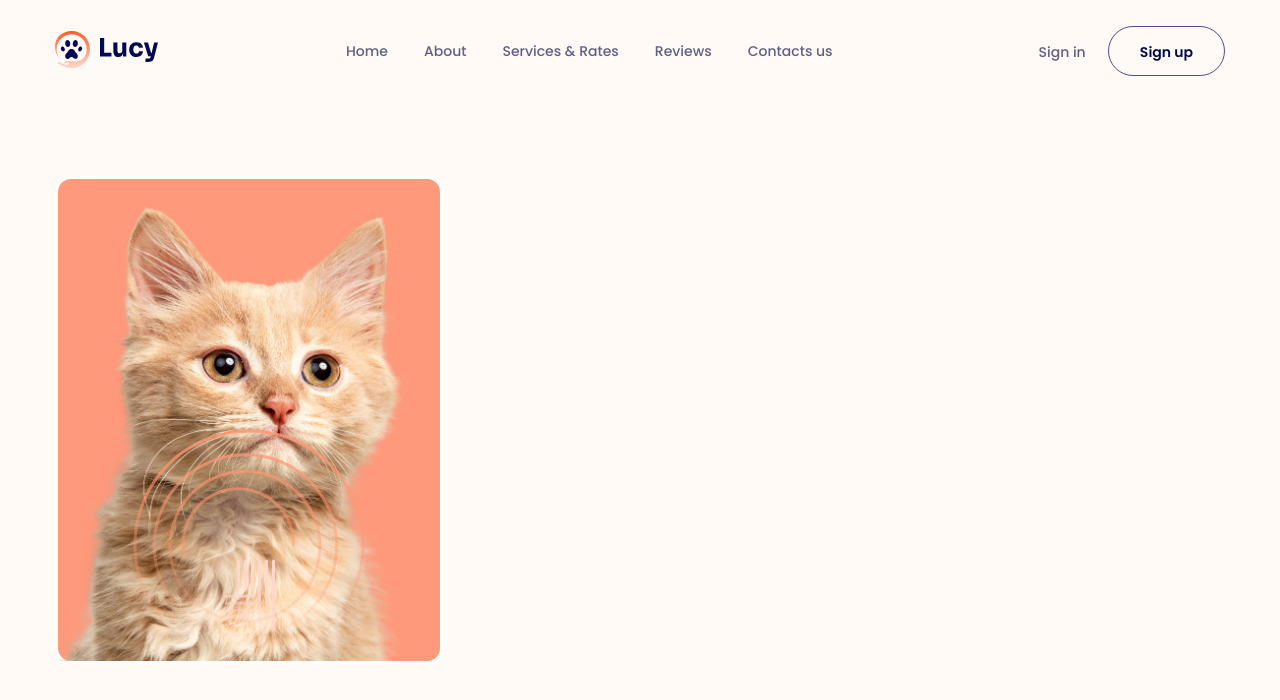
Repository: empty24062002/f8-project-05
Page: index.html
These files come from the project's save history. The page is drawn as it stood at one moment and after the next save; the edit follows.
The browser window is 1280 px wide. The pictures show the whole page.

Above is the page before, as saved 2023-09-09 17:26:29.

### index.html
<!DOCTYPE html>
<html lang="en">
    <head>
        <meta charset="UTF-8" />
        <meta name="viewport" content="width=device-width, initial-scale=1.0" />
        <title>Lucy</title>
        <!-- favicon -->
        <link
            rel="apple-touch-icon"
            sizes="57x57"
            href="./assets/favicon/apple-icon-57x57.png"
        />
        <link
            rel="apple-touch-icon"
            sizes="60x60"
            href="./assets/favicon/apple-icon-60x60.png"
        />
        <link
            rel="apple-touch-icon"
            sizes="72x72"
            href="./assets/favicon/apple-icon-72x72.png"
        />
        <link
            rel="apple-touch-icon"
            sizes="76x76"
            href="./assets/favicon/apple-icon-76x76.png"
        />
        <link
            rel="apple-touch-icon"
            sizes="114x114"
            href="./assets/favicon/apple-icon-114x114.png"
        />
        <link
            rel="apple-touch-icon"
            sizes="120x120"
            href="./assets/favicon/apple-icon-120x120.png"
        />
        <link
            rel="apple-touch-icon"
            sizes="144x144"
            href="./assets/favicon/apple-icon-144x144.png"
        />
        <link
            rel="apple-touch-icon"
            sizes="152x152"
            href="./assets/favicon/apple-icon-152x152.png"
        />
        <link
            rel="apple-touch-icon"
            sizes="180x180"
            href="./assets/favicon/apple-icon-180x180.png"
        />
        <link
            rel="icon"
            type="image/png"
            sizes="192x192"
            href="./assets/favicon/android-icon-192x192.png"
        />
        <link
            rel="icon"
            type="image/png"
            sizes="32x32"
            href="./assets/favicon/favicon-32x32.png"
        />
        <link
            rel="icon"
            type="image/png"
            sizes="96x96"
            href="./assets/favicon/favicon-96x96.png"
        />
        <link
            rel="icon"
            type="image/png"
            sizes="16x16"
            href="./assets/favicon/favicon-16x16.png"
        />
        <link rel="manifest" href="./assets/favicon/manifest.json" />
        <meta name="msapplication-TileColor" content="#ffffff" />
        <meta
            name="msapplication-TileImage"
            content="./assets/favicon/ms-icon-144x144.png"
        />
        <meta name="theme-color" content="#ffffff" />
        <!-- reset CSS -->
        <link rel="stylesheet" href="./assets/css/reset.css" />
        <!-- embed font -->
        <link rel="preconnect" href="https://fonts.googleapis.com" />
        <link rel="preconnect" href="https://fonts.gstatic.com" crossorigin />
        <link
            href="https://fonts.googleapis.com/css2?family=Poppins:wght@300;400;500;600&family=Sora:wght@600;700;800&display=swap"
            rel="stylesheet"
        />
        <!-- style css -->
        <link rel="stylesheet" href="./assets/css/styles.css" />
    </head>
    <body>
        <!-- header -->
        <header class="header">
            <div class="container">
                <div class="header__inner">
                    <!-- logo -->
                    <a href="#!">
                        <img
                            src="./assets/img/logo.svg"
                            alt="Lucy"
                            class="header__logo"
                        />
                    </a>
                    <!-- navbar -->
                    <nav class="navbar">
                        <ul class="navbar__list">
                            <li class="navbar__item">
                                <a href="#!" class="navbar__link"> Home </a>
                            </li>
                            <li class="navbar__item">
                                <a href="#!" class="navbar__link"> About </a>
                            </li>
                            <li class="navbar__item">
                                <a href="#!" class="navbar__link"
                                    >Services & Rates
                                </a>
                            </li>
                            <li class="navbar__item">
                                <a href="#!" class="navbar__link"> Reviews </a>
                            </li>
                            <li class="navbar__item">
                                <a href="#!" class="navbar__link">
                                    Contacts us
                                </a>
                            </li>
                        </ul>
                    </nav>
                    <!-- header action -->
                    <div class="header-action">
                        <a href="#!" class="header-action__link">Sign in</a>
                        <a href="#!" class="btn header-action__btn">Sign up</a>
                    </div>
                </div>
            </div>
        </header>
        <!-- hero -->
        <section class="hero">
            <div class="container">
                <div class="hero__inner">
                    <!-- hero media -->
                    <div class="hero__media">
                        <div class="hero__img-wrap">
                            <img
                                src="./assets/img/hero__img1.png"
                                alt=""
                                class="hero__img"
                            />

                            <!-- Decorators -->
                            <img
                                src="./assets/img/decor__01.svg"
                                alt=""
                                class="hero__decor"
                            />
                            <img
                                src="./assets/img/decor__02.svg"
                                alt=""
                                class="hero__decor"
                            />
                        </div>
                    </div>
                    <!-- hero content -->
                    <section class="hero__content"></section>
                </div>
            </div>
        </section>
    </body>
</html>

### assets/css/styles.css
* {
    box-sizing: border-box;
}

html {
    font-size: 62.5%;
}

body {
    font-size: 1.6rem;
    font-family: "Poppins", sans-serif;
    background: #fffaf5;
}

/* common */

h1,
h2,
h3,
h4,
h5,
h6 {
    font-family: "Sora", sans-serif;
}

input,
textarea,
select,
button {
    font-size: inherit;
    font-family: inherit;
}

a {
    text-decoration: none;
}

.container {
    width: 1170px;
    max-width: calc(100% - 48px);
    margin: 0 auto;
}

.btn {
    --height: 56px;

    display: inline-block;
    min-width: 130px;
    height: var(--height);
    line-height: var(--height);
    border: 1px solid rgb(0, 9, 88, 0.7);
    border-radius: 99px;
    color: #000958;
    text-align: center;
    font-size: 1.4rem;
    font-weight: 600;
}

.btn:hover {
    opacity: 0.8;
}

/* header */
.header {
    padding: 26px 0;
}

.header__inner {
    display: flex;
    justify-content: space-between;
    align-items: center;
}

.navbar__list {
    display: flex;
}

.navbar__link,
.header-action__link {
    padding: 8px 18px;
    color: #5e6085;
    font-size: 1.4rem;
    font-weight: 500;
    line-height: 1; /* 100% */
}

.navbar__link:hover {
    color: #000958;
    text-shadow: 1px 0 0 currentColor;
}

.header-action__btn {
    --height: 50px;

    min-width: 117px;
}

/* hero */
.hero {
    margin-top: 74px;
}

.hero__inner {
    display: flex;
    justify-content: space-between;
    align-items: center;
}

.hero__img-wrap {
    position: relative;
    display: flex;
    justify-content: center;
    align-items: flex-end;
    width: 388px;
    height: 488px;
    border: 3px solid #fff;
    border-radius: 16px;
    background: #fe997b;
}

.hero__img {
    max-width: 100%;
    max-height: 100%;
}

.hero__decor {
    position: absolute;
}

.hero__decor-left {
    left: -58px;
    bottom: 10px;
}

Loaded but not shown: assets/css/reset.css (common file)

After the next save:
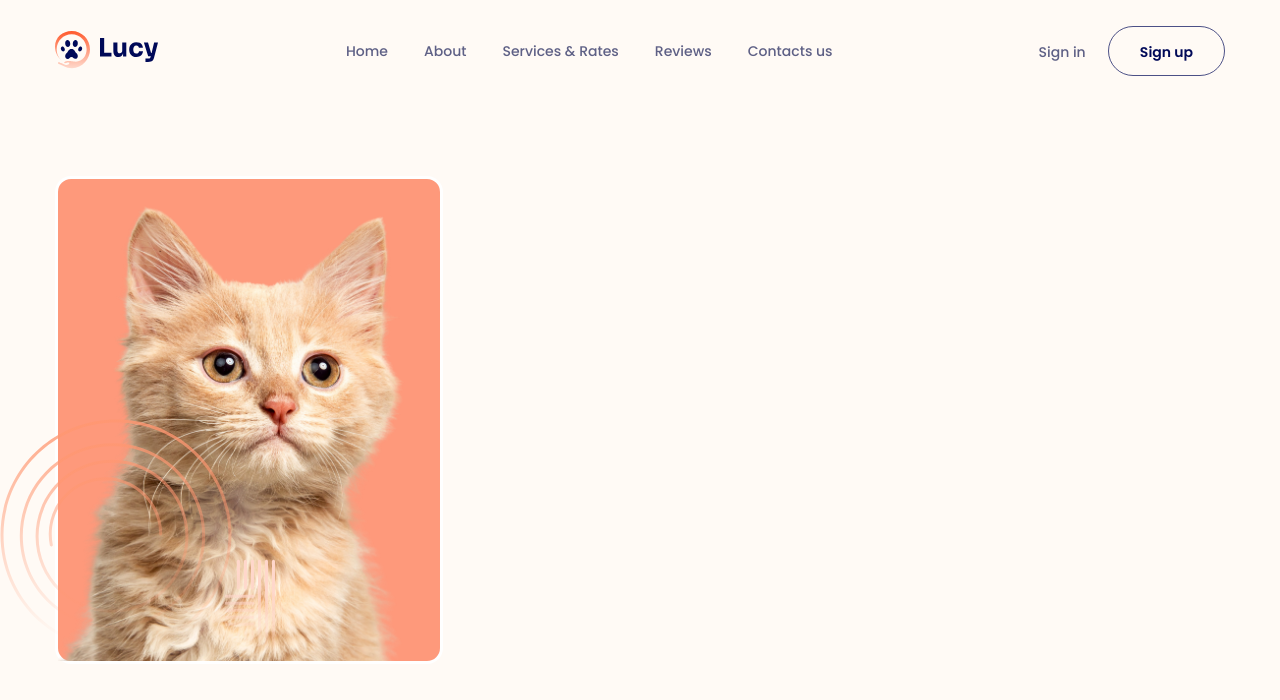
Saved 9 s later.
--- a/index.html
+++ b/index.html
@@ -155,7 +155,7 @@
                             <img
                                 src="./assets/img/decor__01.svg"
                                 alt=""
-                                class="hero__decor"
+                                class="hero__decor hero__decor-left"
                             />
                             <img
                                 src="./assets/img/decor__02.svg"
